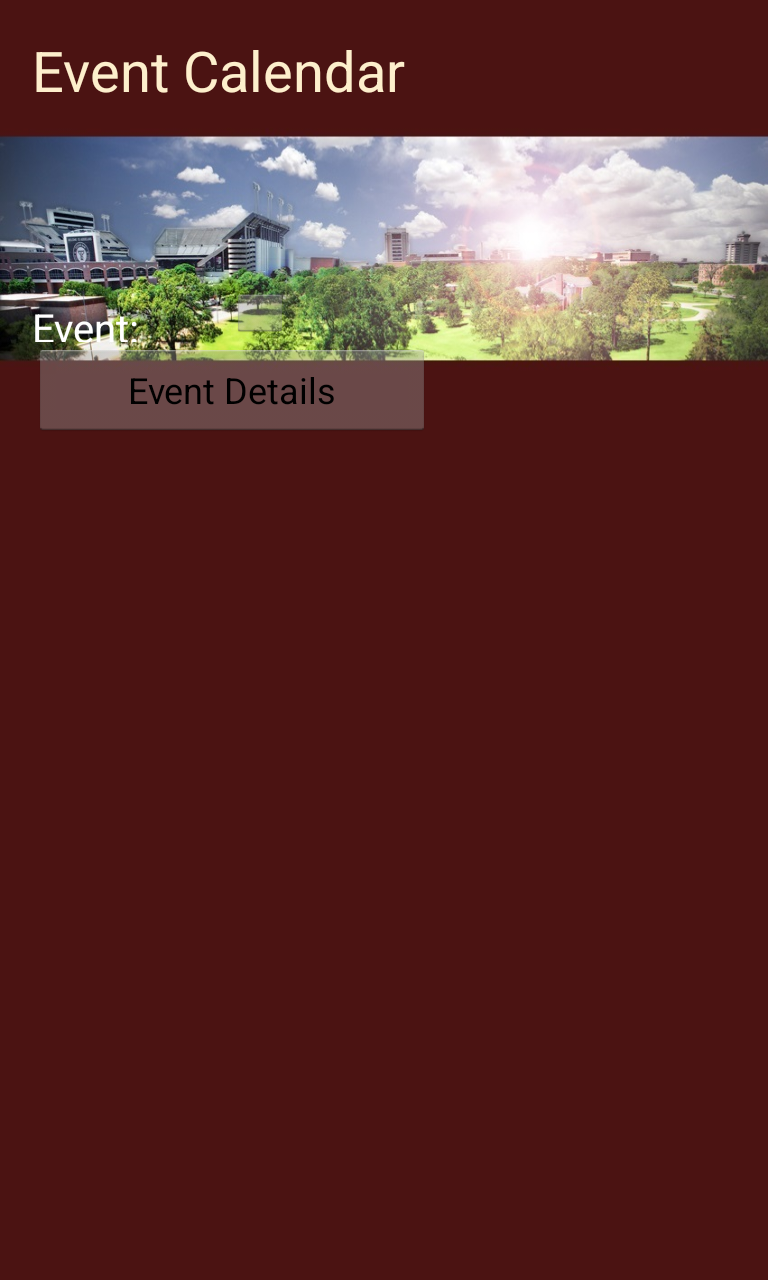
Repository: jannelg92/ANDROIDAPP
Layout: GEOINNOVATION/TAMUgis-dayEvents/res/layout/f_event_details.xml
These files come from the project's save history. The layout is drawn as it stood at one moment and after the next save; the edit follows.
It is drawn on a 768 x 1280 px phone screen (xhdpi) without system bars, with theme AppTheme; the app's code is not run.

Above is the layout before, as saved 2014-04-19 01:44:01.

After the next save:
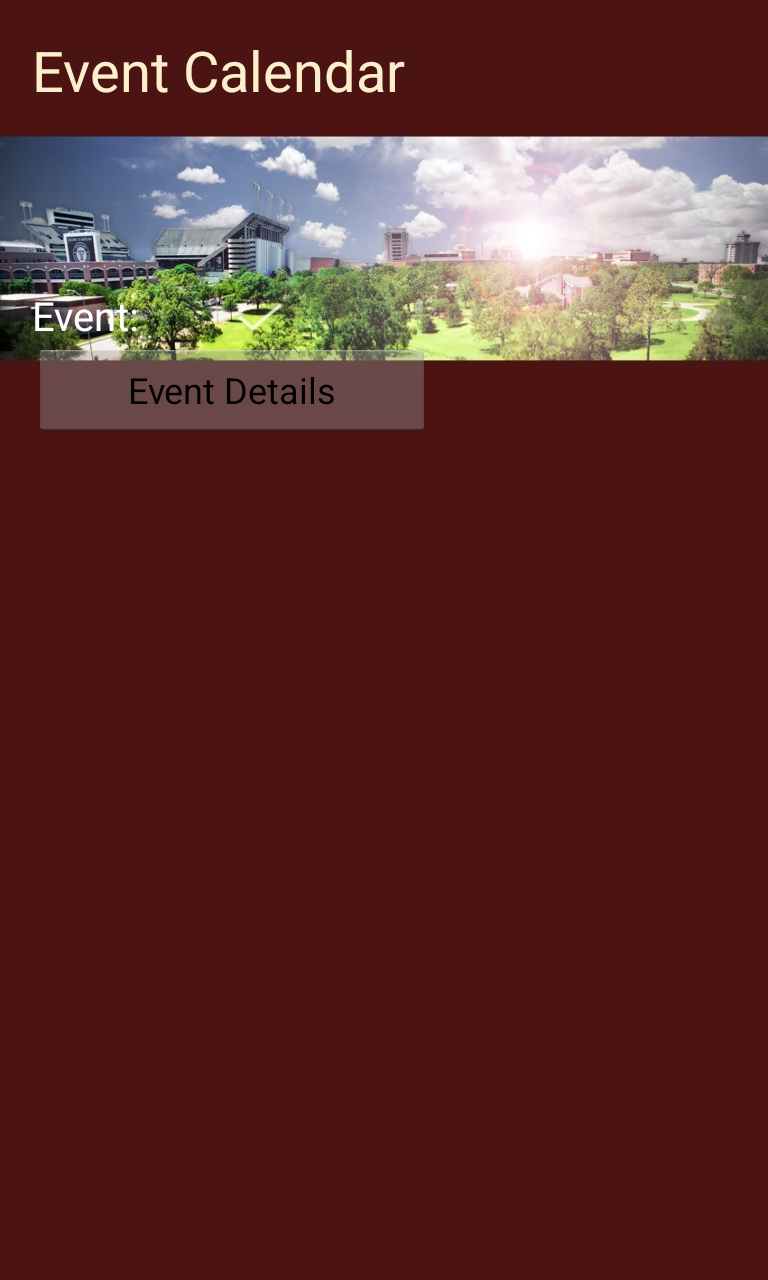
Saved 20 s later.
--- a/GEOINNOVATION/TAMUgis-dayEvents/res/layout/f_event_details.xml
+++ b/GEOINNOVATION/TAMUgis-dayEvents/res/layout/f_event_details.xml
@@ -44,6 +44,7 @@
 		        android:layout_width="60px"
 		        android:layout_height="50px"
 		        android:drawablePadding="10dp"
+		        android:background="@drawable/ic_action_checkin"
 		        android:src="@drawable/ic_action_checkin" />
 
 
